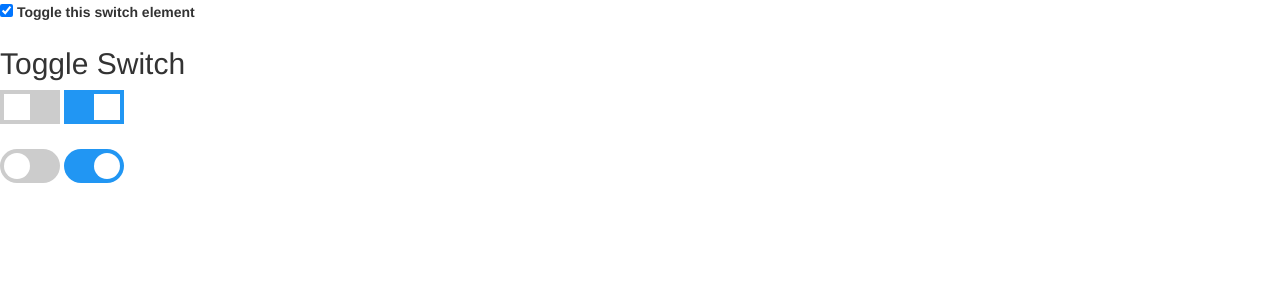
Repository: poornasyamasundar/Software-Project-Manager
Page: Resources/toggle_switch.html
An editor plug-in stored every save of this project. The page is shown before and after the next save, followed by the edit.
The browser window is 1280 px wide. The pictures show the whole page.

Above is the page before, as saved 2021-10-17 20:39:25.

### Resources/toggle_switch.html
<!DOCTYPE html>
<html lang="en">
<head>
  <title>checkbox</title>
  <meta charset="utf-8">
  <meta name="viewport" content="width=device-width, initial-scale=1">
  <link rel="stylesheet" href="https://maxcdn.bootstrapcdn.com/bootstrap/3.4.1/css/bootstrap.min.css">
  <script src="https://ajax.googleapis.com/ajax/libs/jquery/3.5.1/jquery.min.js"></script>
  <script src="https://maxcdn.bootstrapcdn.com/bootstrap/3.4.1/js/bootstrap.min.js"></script>
</head>
<body>
    <div class="custom-control custom-switch">
        <input type="checkbox" class="custom-control-input" id="customSwitch1" checked>
        <label class="custom-control-label" for="customSwitch1">Toggle this switch element</label>
      </div>
</body>
</html>

<!DOCTYPE html>
<html>
<head>
<meta name="viewport" content="width=device-width, initial-scale=1">
<style>
.switch {
  position: relative;
  display: inline-block;
  width: 60px;
  height: 34px;
}

.switch input {
  opacity: 0;
  width: 0;
  height: 0;
}

.slider {
  position: absolute;
  cursor: pointer;
  top: 0;
  left: 0;
  right: 0;
  bottom: 0;
  background-color: #ccc;
  -webkit-transition: .4s;
  transition: .4s;
}

.slider:before {
  position: absolute;
  content: "";
  height: 26px;
  width: 26px;
  left: 4px;
  bottom: 4px;
  background-color: white;
  -webkit-transition: .4s;
  transition: .4s;
}

input:checked + .slider {
  background-color: #2196F3;
}

input:focus + .slider {
  box-shadow: 0 0 1px #2196F3;
}

input:checked + .slider:before {
  -webkit-transform: translateX(26px);
  -ms-transform: translateX(26px);
  transform: translateX(26px);
}

/* Rounded sliders */
.slider.round {
  border-radius: 34px;
}

.slider.round:before {
  border-radius: 50%;
}
</style>
</head>
<body>

<h2>Toggle Switch</h2>

<label class="switch">
  <input type="checkbox">
  <span class="slider"></span>
</label>

<label class="switch">
  <input type="checkbox" checked>
  <span class="slider"></span>
</label><br><br>

<label class="switch">
  <input type="checkbox">
  <span class="slider round"></span>
</label>

<label class="switch">
  <input type="checkbox" checked>
  <span class="slider round"></span>
</label>

</body>
</html>

After the next save:
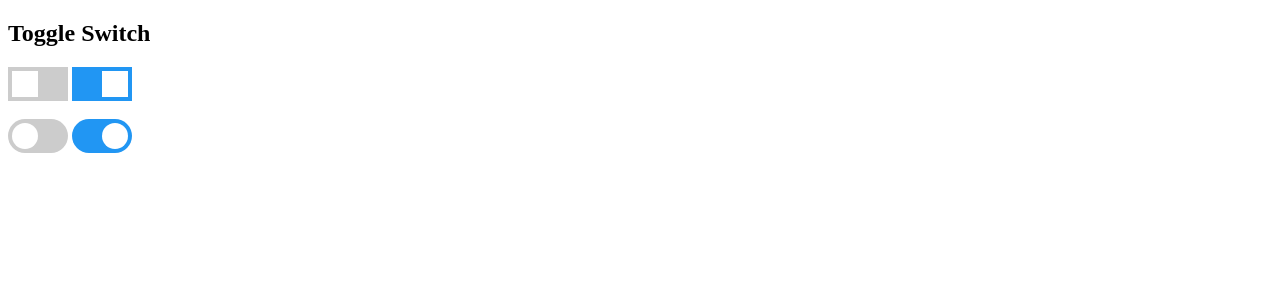
Saved 5 s later.
--- a/Resources/toggle_switch.html
+++ b/Resources/toggle_switch.html
@@ -1,4 +1,4 @@
-<!DOCTYPE html>
+<!-- <!DOCTYPE html>
 <html lang="en">
 <head>
   <title>checkbox</title>
@@ -14,7 +14,7 @@
         <label class="custom-control-label" for="customSwitch1">Toggle this switch element</label>
       </div>
 </body>
-</html>
+</html> -->
 
 <!DOCTYPE html>
 <html>
